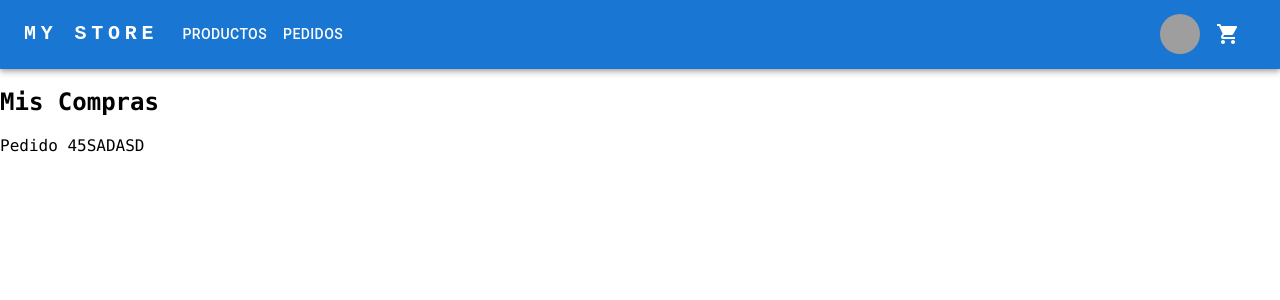
Repository: DanielBorussia/front-my-store
Page: /OrderList
These files come from the project's save history. The page is drawn as it stood at one moment and after the next save; the edit follows.
The browser window is 1280 px wide. The pictures show the whole page.
Pictures or frames that could not be fetched are drawn as grey boxes. The project was rebuilt for these pictures with package versions that can differ from the ones it lists, and the page was loaded fresh each time. Also part of the build but not shown: src/components/OrderItem.js, src/containers/MyOrderPreview.js, src/components/ProductItem.js, src/hooks/useGetProducts.js, src/shared/Loading.js, src/containers/ProductList.js, src/pages/Home.js.

Above is the page before, as saved 2023-07-01 16:28:21.

After the next save:
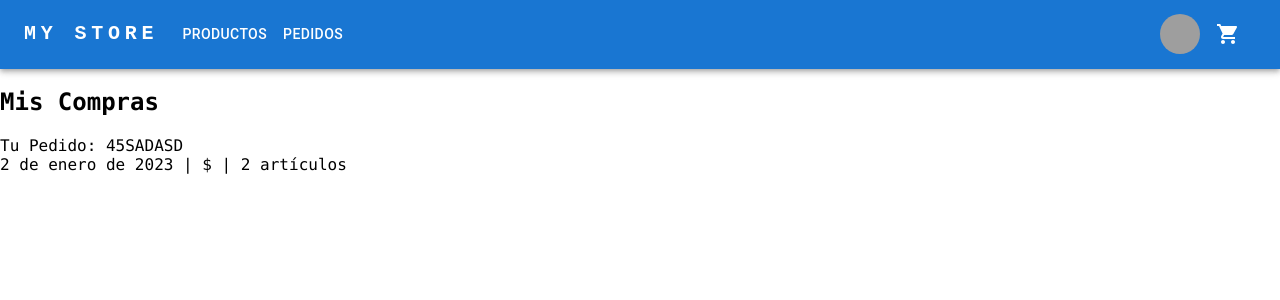
Saved 113 s later.
--- a/src/components/ShoppingItem.js
+++ b/src/components/ShoppingItem.js
@@ -5,7 +5,10 @@ const ShoppingItem = ({ order }) => {
     return (
         <section className='shoppingItem'>
             <Box className="shoppingItem__info">
-                <span>Pedido {order.code}</span>
+                <span>Tu Pedido: {order.code}</span>
+                <Box className="shoppingItem__info--details">
+                    2 de enero de 2023 | ${order.price} | {order.products.length } artículos
+                </Box>
             </Box>
         </section>
     );
